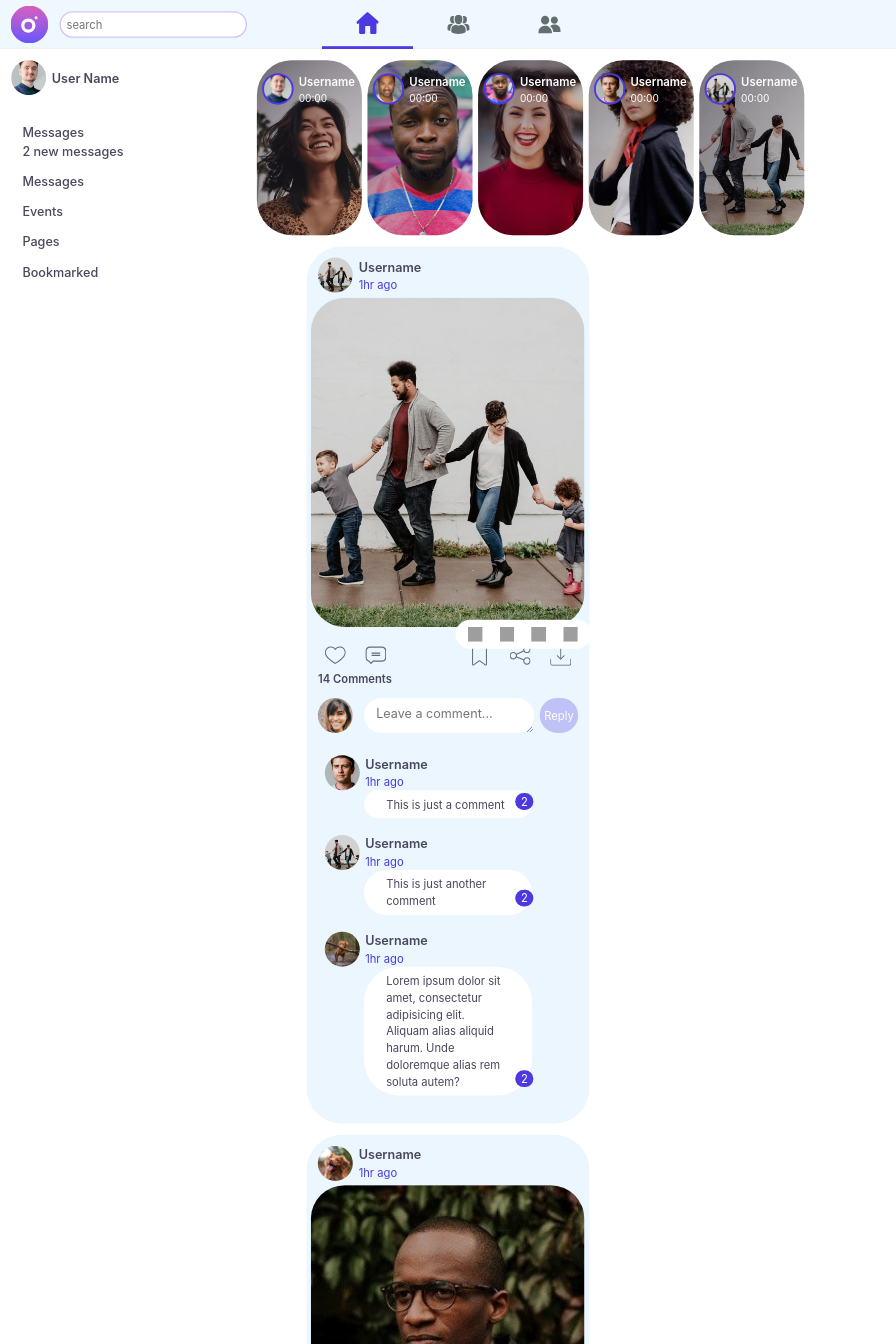
Repository: Flovet-stack/memic
Page: home.html
These files come from the project's save history. The page is drawn as it stood at one moment and after the next save; the edit follows.
The browser window is 1280 px wide. The pictures show the part of the page from y = 0 to 1920 px (the page is 3240 px tall), at 70% of full size.
Pictures or frames that could not be fetched are drawn as grey boxes. Some web fonts or font styles are not loaded; a fallback is used.

Above is the page before, as saved 2020-10-18 11:04:19.
Console error: TypeError: Cannot read properties of undefined (reading 'fn')

### home.html
<!DOCTYPE html>
<html lang="en">
<head>
    <meta charset="UTF-8">
    <meta name="viewport" content="width=device-width, initial-scale=1.0">
    <link rel="icon" type="image/png" sizes="32x32" href="assets/images/faceit.svg">
    <!-- custom styles -->
    <link rel="stylesheet" href="css/home.css">

    <!-- custom fonts -->
    <link rel="stylesheet" href="/usr/share/fonts/opentype/malayalam/Manjari-Regular.otf">

    <!-- bootstrap css styles -->
    <link rel="stylesheet" href="dist/css/bootstrap.min.css">
    <title>memes | Home</title>
</head>
<body>
    <!-- start of the home page design template -->

    <!-- start of the head section of the page -->
    <div class="home-head container-fluid">
        <div class="row">
            <div class="home-head-sec-1">
                <div class="logo"><img src="assets/images/faceit.svg" alt=""></div>
                <form>
                    <input type="text" name="" id="" placeholder="search">
                </form>
            </div>
            <div class="home-head-sec-2">
                <a class="active" href="#">
                    <img class="primary-icon" src="assets/icons/house.svg" alt="">
                    <img class="secondary-icon" src="assets/icons/house-primary.svg" alt="">
                </a>
                <a href="#">
                    <img class="primary-icon" src="assets/icons/user-group.svg" alt="">
                    <img class="secondary-icon" src="assets/icons/user-group-primary.svg" alt="">
                </a>
                <a href="#">
                    <img class="primary-icon" src="assets/icons/friends.svg" alt="">
                    <img class="secondary-icon" src="assets/icons/friends-primary.svg" alt="">
                </a>
            </div>
            <div class="home-head-sec-3"></div>
        </div>
    </div>
    <!-- end of the head section of the page -->
    <!-- start of the body section of the page -->
    <div class="home-body container-fluid">
        <div class="row">
            <div class="home-left">
                <a href="#" class="user-card">
                    <div class="user-card-pic" style="background: url('assets/images/photo1.png');"></div>
                    <div class="user-card-detail">
                        <div class="username">User Name</div>
                        <div class="card-time">00:00</div>
                    </div>
                </a>
                <ul id="home-left-nav-1" class="nav flex-column">
                    <li class="nav-item">
                      <a class="nav-link active" href="#">
                          <span class="nav-link-icon"></span>
                          <span class="nav-link-detail">
                              <div class="nav-link-detail-text">Messages</div>
                              <div class="nav-link-detail-info">2 new messages</div>
                          </span>
                      </a>
                    </li>
                    <li class="nav-item">
                      <a class="nav-link active" href="#">Messages</a>
                    </li>
                    <li class="nav-item">
                      <a class="nav-link" href="#">Events</a>
                    </li>
                    <li class="nav-item">
                      <a class="nav-link" href="#">Pages</a>
                    </li>
                    <li class="nav-item">
                      <a class="nav-link" href="#">Bookmarked</a>
                    </li>
                  </ul>

            </div>
            <div class="home-center">
                <div class="home-center-sub">
                    <!-- start of the status section -->
                    <div class="container status-container">
                        <div class="container-fluid status-section">
                            <div class="status" style="background: url(assets/images/photo4.png);">
                                <div class="status-sub">
                                    <a href="#" class="user-card">
                                        <div class="user-card-pic" style="background: url('assets/images/photo1.png');"></div>
                                        <div class="user-card-detail">
                                            <div class="username">Username</div>
                                            <div class="card-time">00:00</div>
                                        </div>
                                    </a>
                                </div>
                            </div>
                            <div class="status" style="background: url(assets/images/photo5.png);">
                                <div class="status-sub">
                                    <a href="#" class="user-card">
                                        <div class="user-card-pic" style="background: url('assets/images/photo3.png');"></div>
                                        <div class="user-card-detail">
                                            <div class="username">Username</div>
                                            <div class="card-time">00:00</div>
                                        </div>
                                    </a>
                                </div>
                            </div>
                            <div class="status" style="background: url(assets/images/photo2.png);">
                                <div class="status-sub">
                                    <a href="#" class="user-card">
                                        <div class="user-card-pic" style="background: url('assets/images/photo5.png');"></div>
                                        <div class="user-card-detail">
                                            <div class="username">Username</div>
                                            <div class="card-time">00:00</div>
                                        </div>
                                    </a>
                                </div>
                            </div>
                            <div class="status" style="background: url(assets/images/image-tanya.jpg);">
                                <div class="status-sub">
                                    <a href="#" class="user-card">
                                        <div class="user-card-pic" style="background: url('assets/images/photo6.png');"></div>
                                        <div class="user-card-detail">
                                            <div class="username">Username</div>
                                            <div class="card-time">00:00</div>
                                        </div>
                                    </a>
                                </div>
                            </div>
                            <div class="status" style="background: url(assets/images/image-intro-desktop.jpg);">
                                <div class="status-sub">
                                    <a href="#" class="user-card">
                                        <div class="user-card-pic" style="background: url('assets/images/image-intro-desktop.jpg');"></div>
                                        <div class="user-card-detail">
                                            <div class="username">Username</div>
                                            <div class="card-time">00:00</div>
                                        </div>
                                    </a>
                                </div>
                            </div>
                            <!-- <div class="status"></div>
                            <div class="status"></div> -->
                        </div>
                    </div>
                    <!-- end of the status section -->
                    <!-- start of the post-card -->
                    <div class="post-section">
                        <div class="post-card">
                            <a href="#" class="user-card">
                                <div class="user-card-pic" style="background: url('assets/images/image-intro-desktop.jpg');"></div>
                                <div class="user-card-detail">
                                    <div class="username">Username</div>
                                    <div class="card-time">1hr ago</div>
                                </div>
                            </a>
                            <img class="post-img" src="assets/images/image-intro-desktop.jpg" alt="">
                            <div class="post-card-footer">
                                <div class="react">
                                    <div class="react-sub">
                                        <a href="#"><img src="assets/icons/heart-white.svg" alt=""></a>
                                        <a href="#"><img src="assets/icons/message.svg" alt=""></a>
                                    </div>
                                </div>
                                <div class="actions">
                                    <div class="actions-sub">
                                        <a href="#"><img src="assets/icons/download.svg" alt=""></a>
                                        <a class="share-icon" href="#"><img src="assets/icons/share(1).svg" alt=""></a>
                                        <a href="#"><img src="assets/icons/bookmark-white.svg" alt=""></a>
                                    </div>
                                    <div class="share-options">
                                        <ul>
                                            <li><a href="#"><img src="assets/icons/icon-facebook-blue.svg" alt=""></a></li>
                                            <li><a href="#"><img src="assets/icons/icon-instagram-original.svg" alt=""></a></li>
                                            <li><a href="#"><img src="assets/icons/icon-twitter-original.svg" alt=""></a></li>
                                            <li><a href="#"><img src="assets/icons/icon-pinterest.svg" alt=""></a></li>
                                        </ul>
                                    </div>
                                </div>
                            </div>
                            <div class="comment-section">
                                <h4>14 Comments</h4>
                                <form class="comment-form">
                                    <img src="assets/images/photo8.png" alt="">
                                    <textarea type="text" name="" id="" placeholder="Leave a comment..."></textarea>
                                    <button type="submit">Reply</button>
                                </form>
                                <div class="comment">
                                    <a href="#" class="user-card">
                                        <div class="user-card-pic" style="background: url('assets/images/photo6.png');"></div>
                                        <div class="user-card-detail">
                                            <div class="username">Username</div>
                                            <div class="card-time">1hr ago</div>
                                        </div>
                                    </a>
                                    <span class="comment-content">
                                        <p>This is just a comment</p>
                                        <button class="comment-like">2</button>
                                    </span>
                                </div>
                                <div class="comment">
                                    <a href="#" class="user-card">
                                        <div class="user-card-pic" style="background: url('assets/images/image-intro-desktop.jpg');"></div>
                                        <div class="user-card-detail">
                                            <div class="username">Username</div>
                                            <div class="card-time">1hr ago</div>
                                        </div>
                                    </a>
                                    <span class="comment-content">
                                        <p>This is just another comment</p>
                                        <button class="comment-like">2</button>
                                    </span>
                                </div>
                                <div class="comment">
                                    <a href="#" class="user-card">
                                        <div class="user-card-pic" style="background: url('assets/images/dog-image-3.jpg');"></div>
                                        <div class="user-card-detail">
                                            <div class="username">Username</div>
                                            <div class="card-time">1hr ago</div>
                                        </div>
                                    </a>
                                    <span class="comment-content">
                                        <p>Lorem ipsum dolor sit amet, consectetur adipisicing elit. Aliquam alias aliquid harum. Unde doloremque alias rem soluta autem?</p>
                                        <button class="comment-like">2</button>
                                    </span>
                                </div>
                            </div>
                        </div>
                        <div class="post-card">
                            <a href="#" class="user-card">
                                <div class="user-card-pic" style="background: url('assets/images/dog-image-1.jpg');"></div>
                                <div class="user-card-detail">
                                    <div class="username">Username</div>
                                    <div class="card-time">1hr ago</div>
                                </div>
                            </a>
                            <img class="post-img" src="assets/images/avatar.jpg" alt="">
                            <div class="post-card-footer">
                                <div class="react">
                                    <div class="react-sub">
                                        <a href="#"><img src="assets/icons/heart-white.svg" alt=""></a>
                                        <a href="#"><img src="assets/icons/message.svg" alt=""></a>
                                    </div>
                                </div>
                                <div class="actions">
                                    <div class="actions-sub">
                                        <a href="#"><img src="assets/icons/download.svg" alt=""></a>
                                        <a class="share-icon" href="#"><img src="assets/icons/share(1).svg" alt=""></a>
                                        <a href="#"><img src="assets/icons/bookmark-white.svg" alt=""></a>
                                    </div>
                                    <div class="share-options">
                                        <ul>
                                            <li><a href="#"><img src="assets/icons/icon-facebook-blue.svg" alt=""></a></li>
                                            <li><a href="#"><img src="assets/icons/icon-instagram-original.svg" alt=""></a></li>
                                            <li><a href="#"><img src="assets/icons/icon-twitter-original.svg" alt=""></a></li>
                                            <li><a href="#"><img src="assets/icons/icon-pinterest.svg" alt=""></a></li>
                                        </ul>
                                    </div>
                                </div>
                            </div>
                            <div class="comment-section">
                                <h4>14 Comments</h4>
                                <form class="comment-form">
                                    <img src="assets/images/photo8.png" alt="">
                                    <textarea type="text" name="" id="" placeholder="Leave a comment..."></textarea>
                                    <button type="submit">Reply</button>
                                </form>
                                <div class="comment">
                                    <a href="#" class="user-card">
                                        <div class="user-card-pic" style="background: url('assets/images/photo6.png');"></div>
                                        <div class="user-card-detail">
                                            <div class="username">Username</div>
                                            <div class="card-time">1hr ago</div>
                                        </div>
                                    </a>
                                    <span class="comment-content">
                                        <p>This is just a comment</p>
                                        <button class="comment-like">2</button>
                                    </span>
                                </div>
                            </div>
                        </div>
                        <div class="post-card">
                            <a href="#" class="user-card">
                                <div class="user-card-pic" style="background: url('assets/images/photo4.png');"></div>
                                <div class="user-card-detail">
                                    <div class="username">Username</div>
                                    <div class="card-time">1hr ago</div>
                                </div>
                            </a>
                            <img class="post-img" src="assets/images/photo7.png" alt="">
                            <div class="post-card-footer">
                                <div class="react">
                                    <div class="react-sub">
                                        <a href="#"><img src="assets/icons/heart-white.svg" alt=""></a>
                                        <a href="#"><img src="assets/icons/message.svg" alt=""></a>
                                    </div>
                                </div>
                                <div class="actions">
                                    <div class="actions-sub">
                                        <a href="#"><img src="assets/icons/download.svg" alt=""></a>
                                        <a class="share-icon" href="#"><img src="assets/icons/share(1).svg" alt=""></a>
                                        <a href="#"><img src="assets/icons/bookmark-white.svg" alt=""></a>
                                    </div>
                                    <div class="share-options">
                                        <ul>
                                            <li><a href="#"><img src="assets/icons/icon-facebook-blue.svg" alt=""></a></li>
                                            <li><a href="#"><img src="assets/icons/icon-instagram-original.svg" alt=""></a></li>
                                            <li><a href="#"><img src="assets/icons/icon-twitter-original.svg" alt=""></a></li>
                                            <li><a href="#"><img src="assets/icons/icon-pinterest.svg" alt=""></a></li>
                                        </ul>
                                    </div>
                                </div>
                            </div>
                            <div class="comment-section">
                                <h4>14 Comments</h4>
                                <form class="comment-form">
                                    <img src="assets/images/photo8.png" alt="">
                                    <textarea type="text" name="" id="" placeholder="Leave a comment..."></textarea>
                                    <button type="submit">Reply</button>
                                </form>
                                <div class="comment">
                                    <a href="#" class="user-card">
                                        <div class="user-card-pic" style="background: url('assets/images/photo6.png');"></div>
                                        <div class="user-card-detail">
                                            <div class="username">Username</div>
                                            <div class="card-time">1hr ago</div>
                                        </div>
                                    </a>
                                    <span class="comment-content">
                                        <p>This is just a comment</p>
                                        <button class="comment-like">2</button>
                                    </span>
                                </div>
                                <div class="comment">
                                    <a href="#" class="user-card">
                                        <div class="user-card-pic" style="background: url('assets/images/image-intro-desktop.jpg');"></div>
                                        <div class="user-card-detail">
                                            <div class="username">Username</div>
                                            <div class="card-time">1hr ago</div>
                                        </div>
                                    </a>
                                    <span class="comment-content">
                                        <p>This is just another comment</p>
                                        <button class="comment-like">2</button>
                                    </span>
                                </div>
                            </div>
                        </div>
                    </div>
                    <!-- end of the post-card -->
                </div>
            </div>
            <div class="home-right"></div>
        </div>
    </div>
    <!-- end of the head section of the page -->

    <!-- end of the home page design template -->

    <script src="dist/js/bootstrap.min.js"></script>
</body>
</html>

Loaded but not shown: dist/css/bootstrap.min.css (library); dist/js/bootstrap.min.js (library); assets/icons/download.svg (1 lines, source omitted); css/home.css (291 lines, source omitted); css/post-card.css (223 lines, source omitted); css/main-styles.css (54 lines, source omitted); css/user-card.css (40 lines, source omitted)

After the next save:
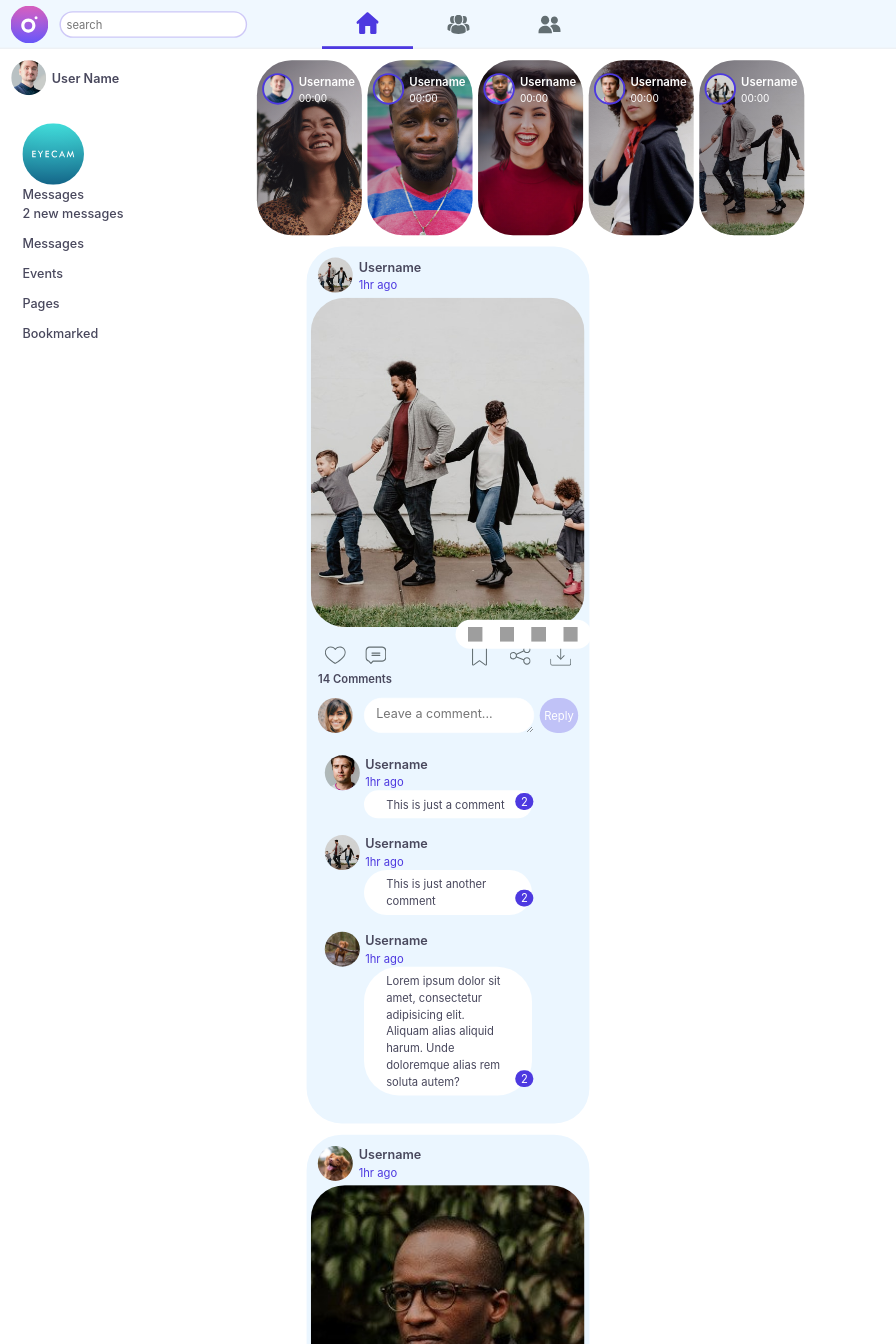
Saved 3 min 19 s later.
--- a/home.html
+++ b/home.html
@@ -58,7 +58,7 @@
                 <ul id="home-left-nav-1" class="nav flex-column">
                     <li class="nav-item">
                       <a class="nav-link active" href="#">
-                          <span class="nav-link-icon"></span>
+                          <span class="nav-link-icon"><img src="assets/images/eyecam-co.svg" alt=""></span>
                           <span class="nav-link-detail">
                               <div class="nav-link-detail-text">Messages</div>
                               <div class="nav-link-detail-info">2 new messages</div>
